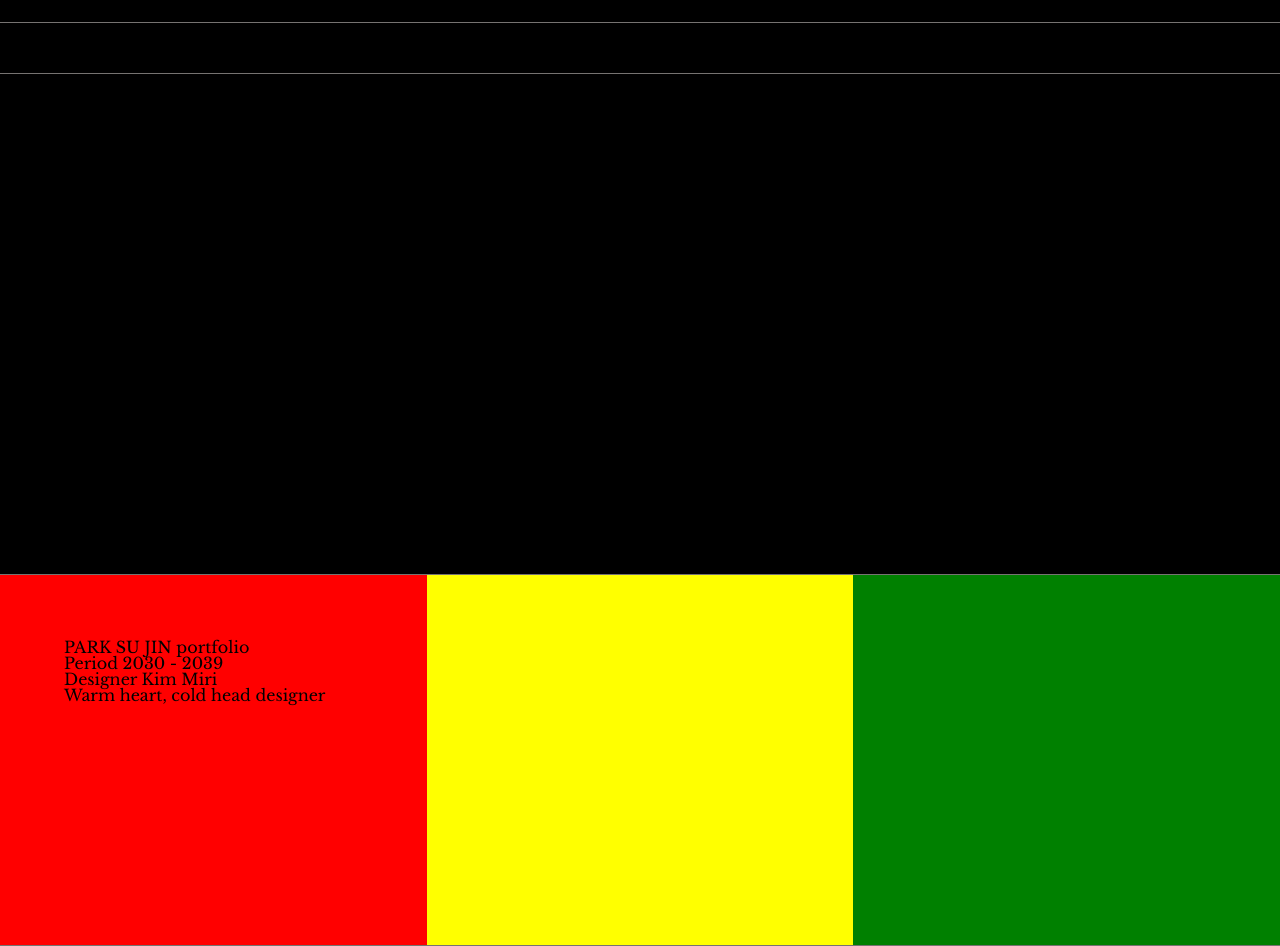
Repository: clsrnemfdml/portfolio_parksj_versiton1
Page: index.html
An editor plug-in stored every save of this project. The page is shown before and after the next save, followed by the edit.
The browser window is 1280 px wide. The pictures show the whole page.

Above is the page before, as saved 2021-09-02 07:29:03.

After the next save:
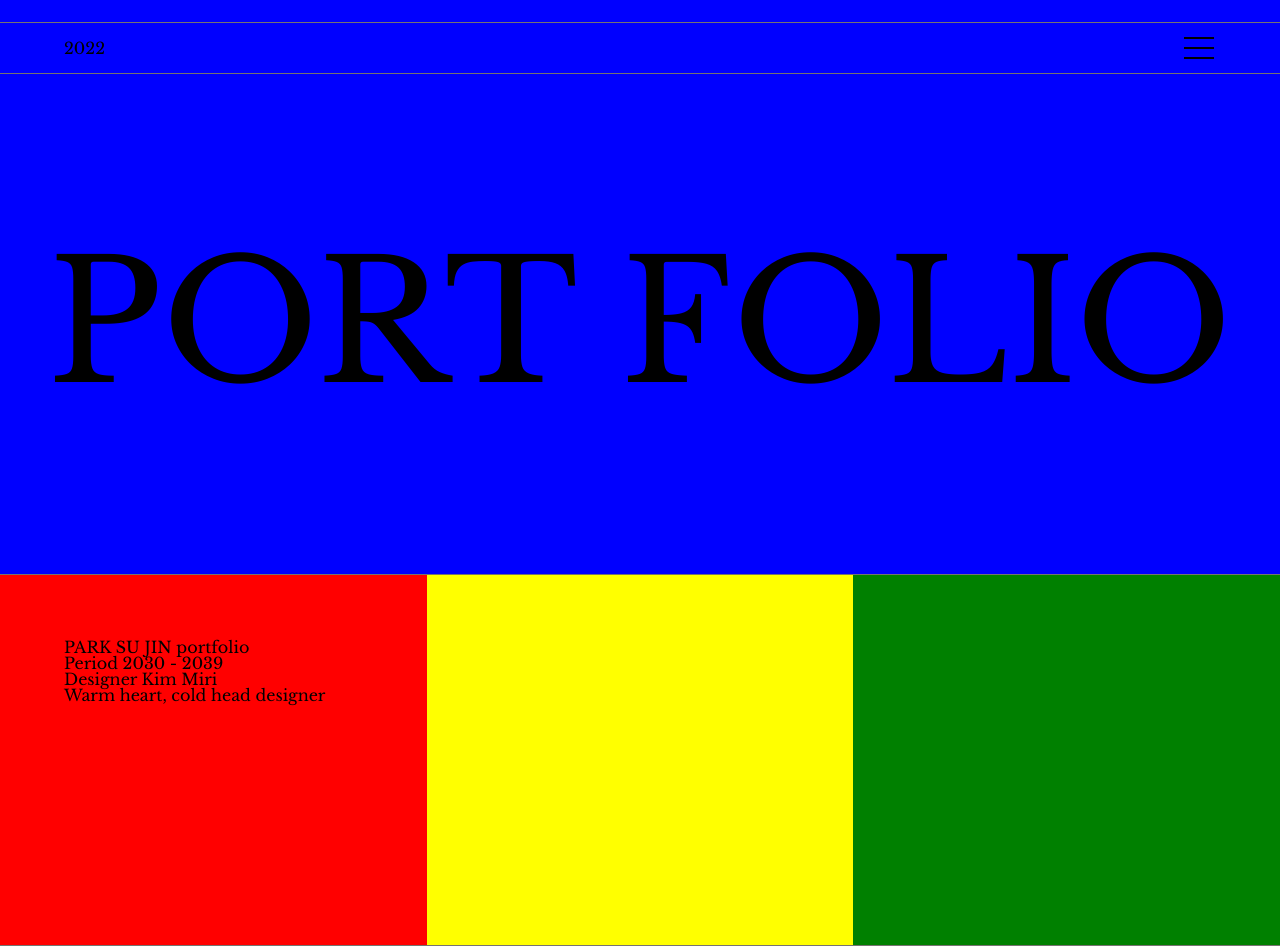
Saved 4 s later.
--- a/css/index.css
+++ b/css/index.css
@@ -12,7 +12,7 @@
 #wrap #section1 .wrap_portFolio{
     width: 100%;
     height: 80%;
-    background: black;
+    background: blue;
 }
 
 #wrap #section1 .menu{width: 100%; height: 50px; border-bottom: 1px solid #767371;
